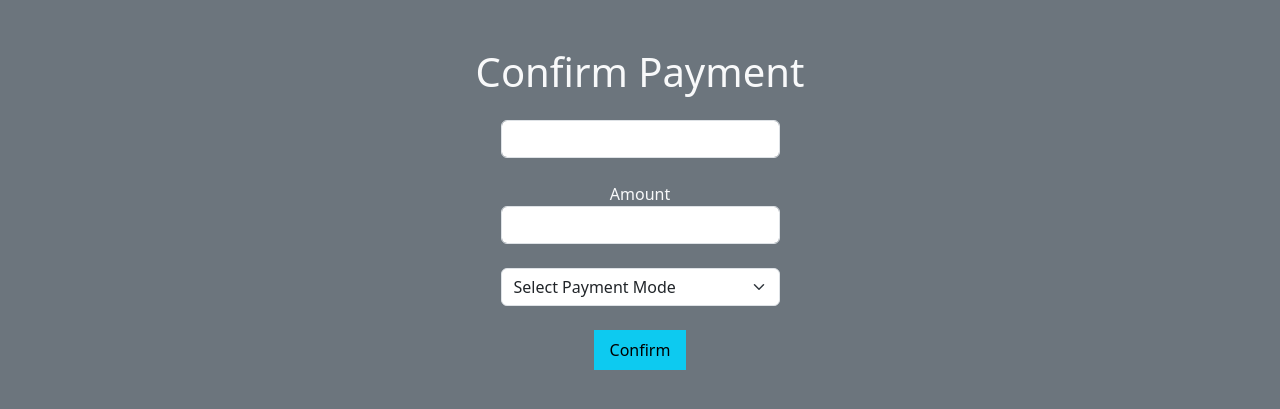
Repository: hahuuchinh2501/ecommerce_web
Page: http://localhost/users_area/confirm_payment.php
These files come from the project's save history. The page is drawn as it stood at one moment and after the next save; the edit follows.
The browser window is 1280 px wide. The pictures show the whole page.
The page is run by PHP 8.4 with error messages shown; the project is at /var/www/html/.

Above is the page before, as saved 2025-03-05 16:44:40.

After the next save:
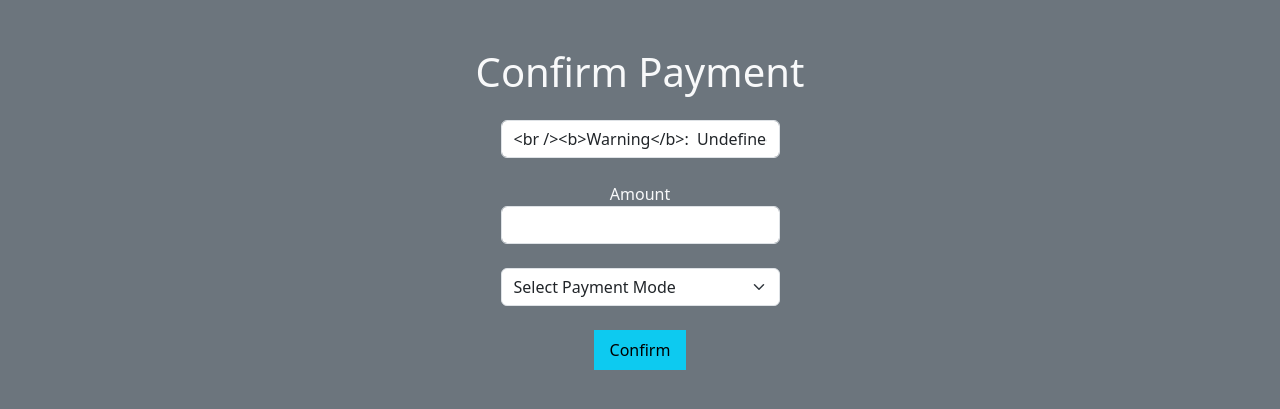
Saved 17 min 17 s later.
--- a/users_area/confirm_payment.php
+++ b/users_area/confirm_payment.php
@@ -32,7 +32,7 @@
         <h1 class="text-center text-light">Confirm Payment</h1>
         <form action="" method="post">
             <div class="form-outline my-4 text-center w-50 m-auto">
-                <input type="text" class="form-control w-50 m-auto" name="invoice_number">
+                <input type="text" class="form-control w-50 m-auto" name="invoice_number" value="<?php echo $invoice_number ?>">
             </div>
             <div class="form-outline my-4 text-center w-50 m-auto">
                 <label for="" class="text-light">Amount</label>
